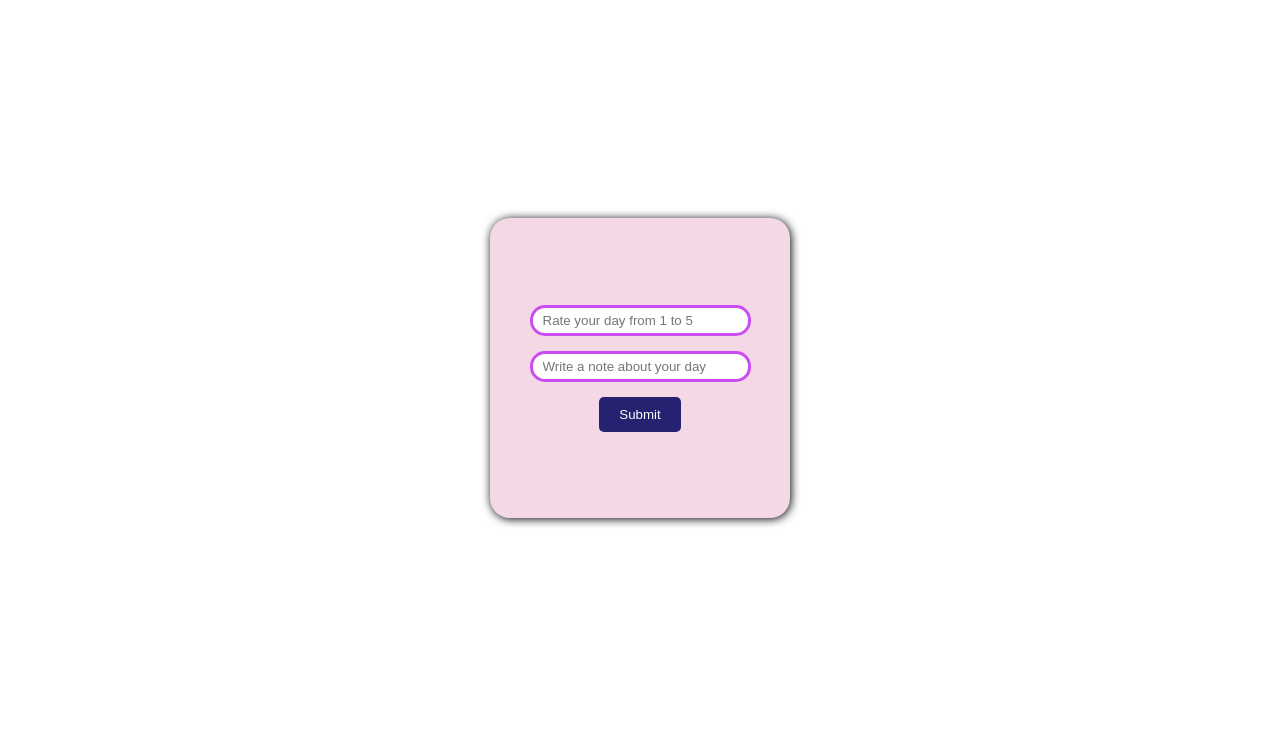
Repository: elenav24/RateMyDay
Page: frontend/index.html
These files come from the project's save history. The page is drawn as it stood at one moment and after the next save; the edit follows.
The browser window is 1280 px wide. The pictures show the whole page.

Above is the page before, as saved 2025-05-15 01:31:18.

After the next save:
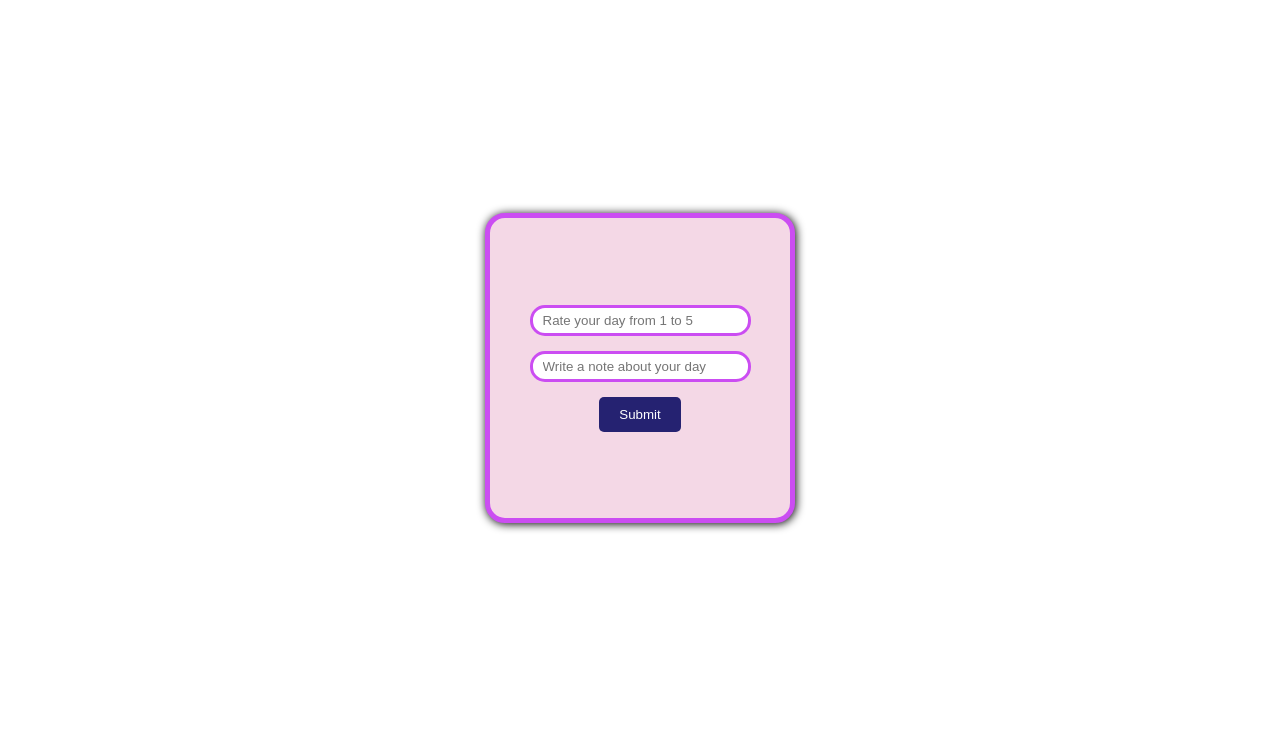
Saved 7 s later.
--- a/frontend/style.css
+++ b/frontend/style.css
@@ -15,7 +15,7 @@
     box-shadow: 1px 1px 10px #000;
     border-radius: 20px;
     background-color: #f4d8e6;
-    border: 5px;
+    border: 5px solid #cb4df2;
 }
 
 #rating, #note {

After the save that followed:
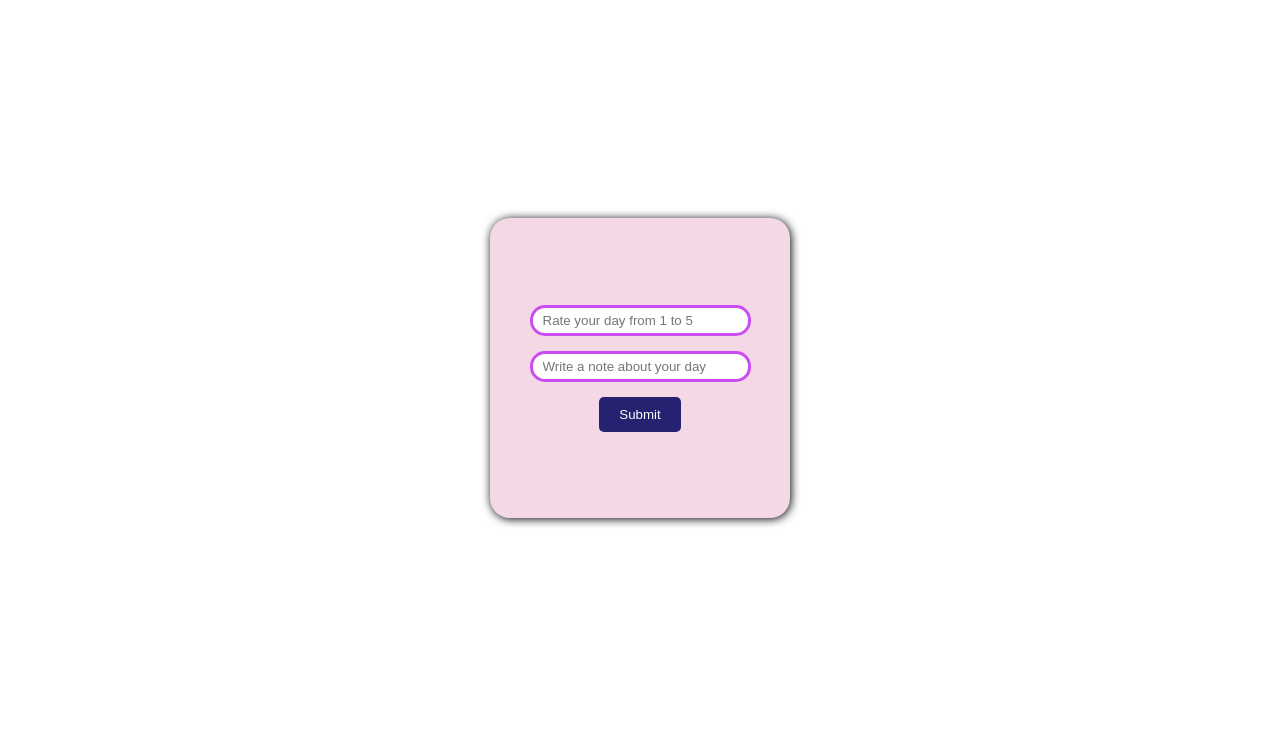
Saved 16 s later.
--- a/frontend/style.css
+++ b/frontend/style.css
@@ -15,7 +15,6 @@
     box-shadow: 1px 1px 10px #000;
     border-radius: 20px;
     background-color: #f4d8e6;
-    border: 5px solid #cb4df2;
 }
 
 #rating, #note {
